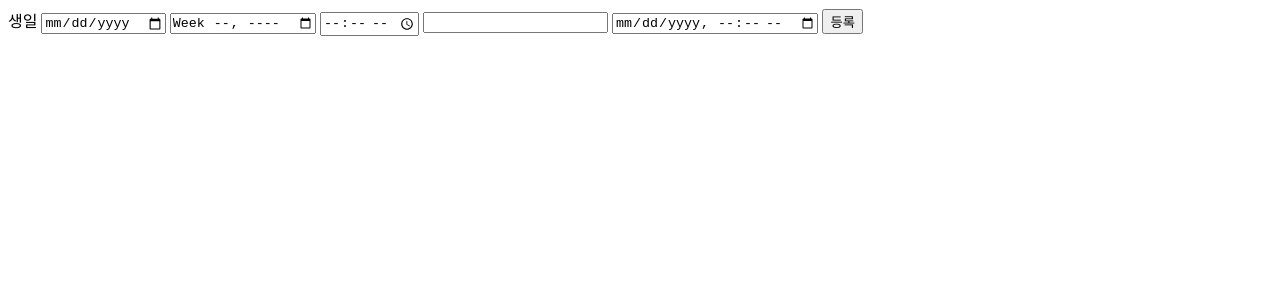
Repository: Seonhanbit/dev
Page: work_frontend/HtmlEx/WebContent/08form/11.input_date.html
These files come from the project's save history. The page is drawn as it stood at one moment and after the next save; the edit follows.
The browser window is 1280 px wide. The pictures show the whole page.

Above is the page before, as saved 2019-08-26 05:59:33.

### work_frontend/HtmlEx/WebContent/08form/11.input_date.html
<!DOCTYPE html>
<html>
<head>
<meta charset="UTF-8">
<title>Insert title here</title>

</head>
<body>
<form action="">
	<label for="birthday">생일</label>
	<input type="date"	required="required" id="birthday"/>
	<input type="week"	required="required" id="birthday"/>
	<input type="time"	required="required" id="birthday"/>
	<input type="datetime"	required="required" id="birthday"/>
	<input type="datetime-local"	required="required" id="birthday"/>
	<input type="submit" value="등록"/>
</form>

</body>
</html>

After the next save:
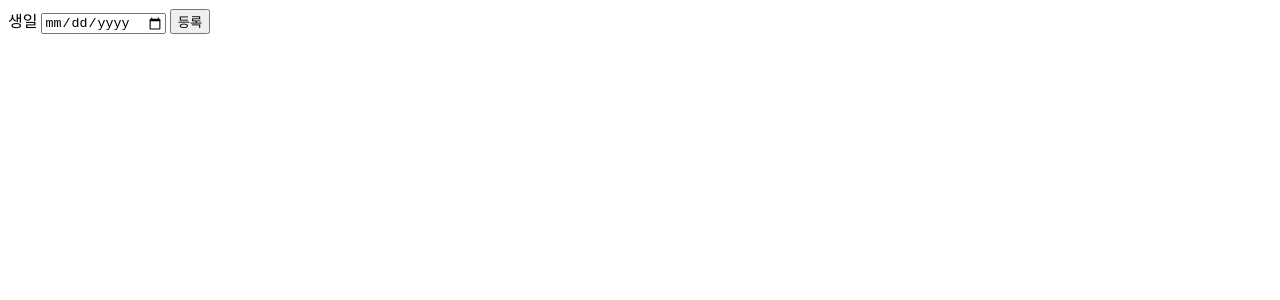
Saved 15 min 33 s later.
--- a/work_frontend/HtmlEx/WebContent/08form/11.input_date.html
+++ b/work_frontend/HtmlEx/WebContent/08form/11.input_date.html
@@ -9,11 +9,11 @@
 <form action="">
 	<label for="birthday">생일</label>
 	<input type="date"	required="required" id="birthday"/>
-	<input type="week"	required="required" id="birthday"/>
+	<!-- <input type="week"	required="required" id="birthday"/>
 	<input type="time"	required="required" id="birthday"/>
 	<input type="datetime"	required="required" id="birthday"/>
 	<input type="datetime-local"	required="required" id="birthday"/>
-	<input type="submit" value="등록"/>
+	 --><input type="submit" value="등록"/>
 </form>
 
 </body>
